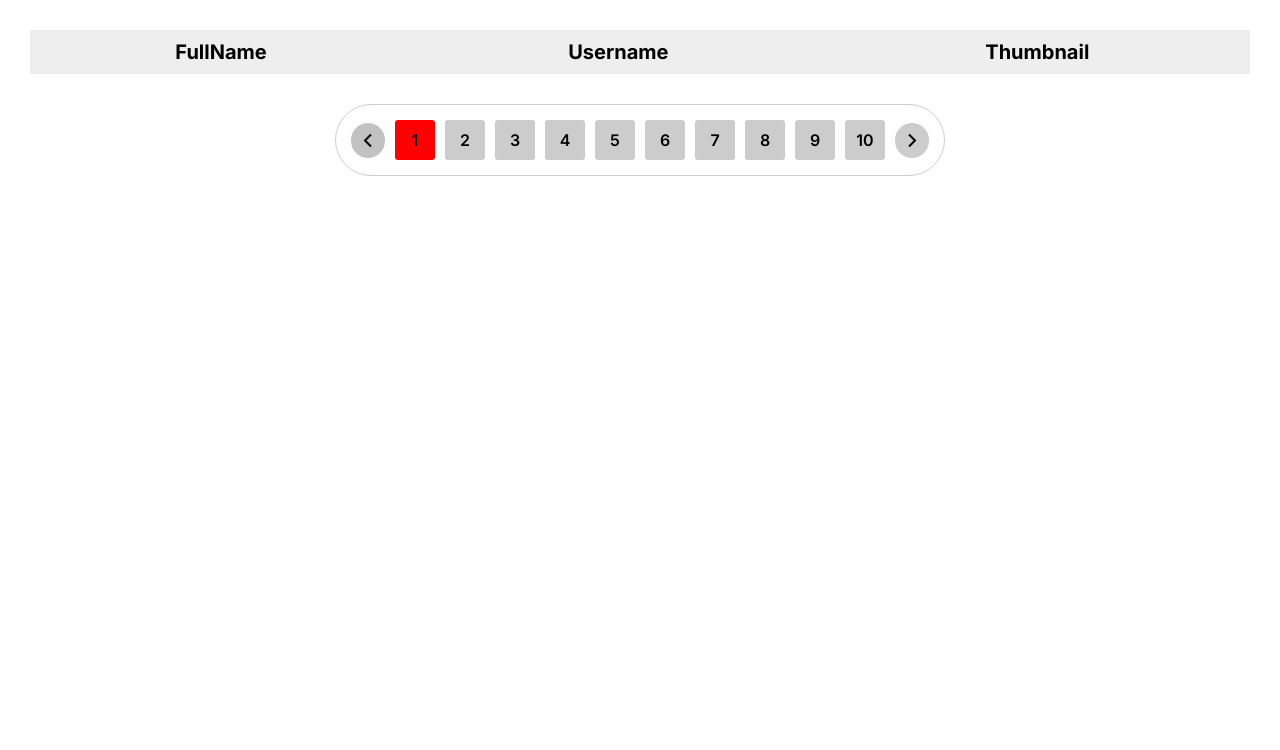
Repository: hoang0508/Test-FrontendReactJs-Twendee
Page: /
An editor plug-in stored every save of this project. The page is shown before and after the next save, followed by the edit.
The browser window is 1280 px wide. The pictures show the whole page.
The page's requests for data from a server got no answer. The project was rebuilt for these pictures with package versions that can differ from the ones it lists, and the page was loaded fresh each time. No one was signed in, and anything a server would have sent is missing.

Above is the page before, as saved 2023-02-06 22:12:19.

After the next save:
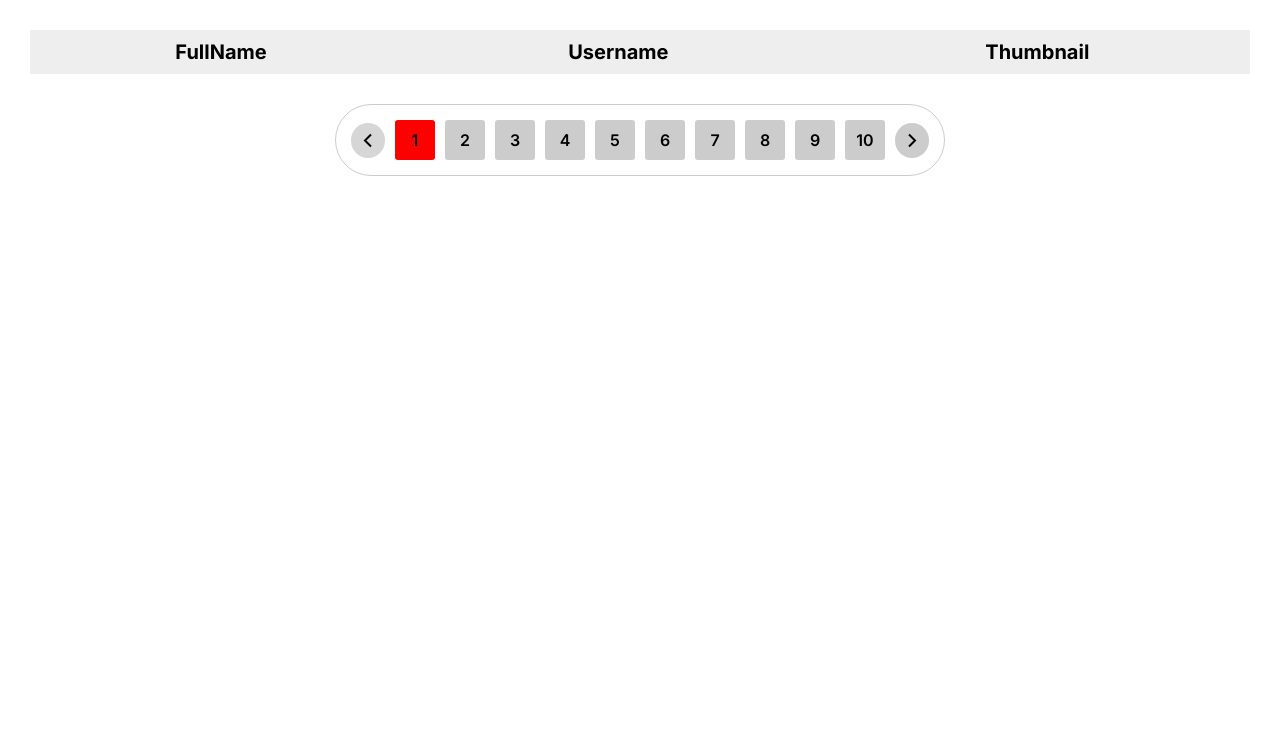
Saved 13 s later.
--- a/src/components/UserTable.scss
+++ b/src/components/UserTable.scss
@@ -72,7 +72,7 @@
     padding: 5px;
     border: 0;
     &:disabled {
-      background-color: #9999;
+      background-color: #3333;
     }
   }
   button.page-link {
